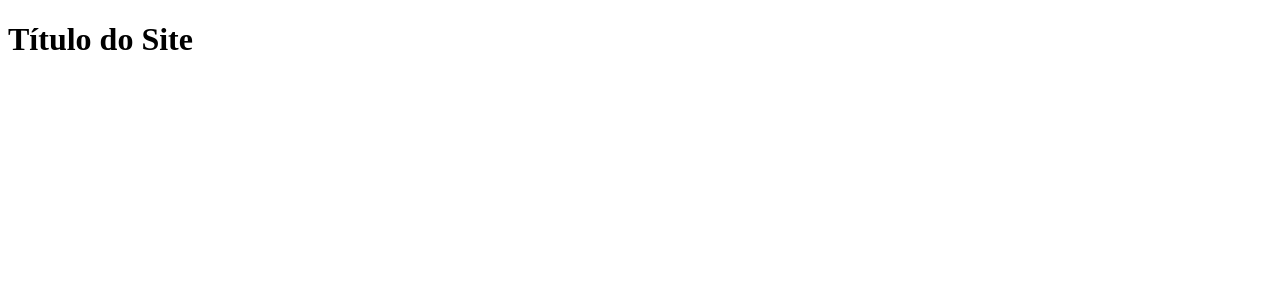
Repository: AnthonyLuanSantos/projeto-site
Page: index.html
These files come from the project's save history. The page is drawn as it stood at one moment and after the next save; the edit follows.
The browser window is 1280 px wide. The pictures show the whole page.

Above is the page before, as saved 2024-08-18 20:30:54.

After the next save:
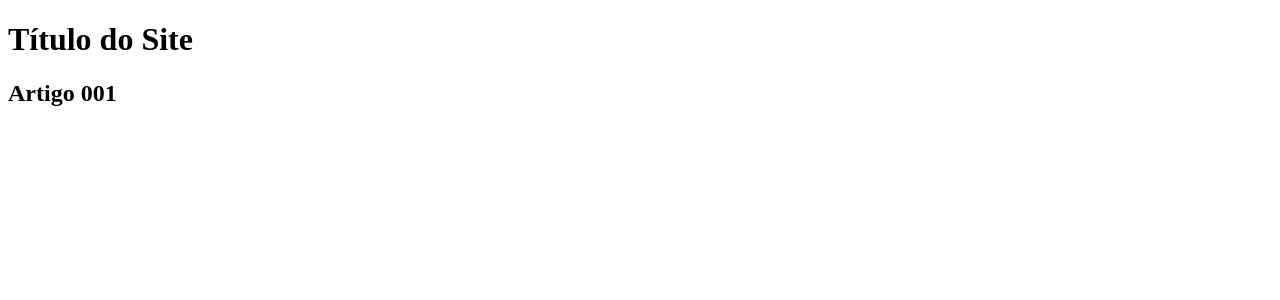
Saved 4 s later.
--- a/index.html
+++ b/index.html
@@ -11,7 +11,7 @@
             <h1>Título do Site</h1>
         </header>
         <article>
-            <h2></h2>
+            <h2>Artigo 001</h2>
         </article>
     </main>
 </body>
